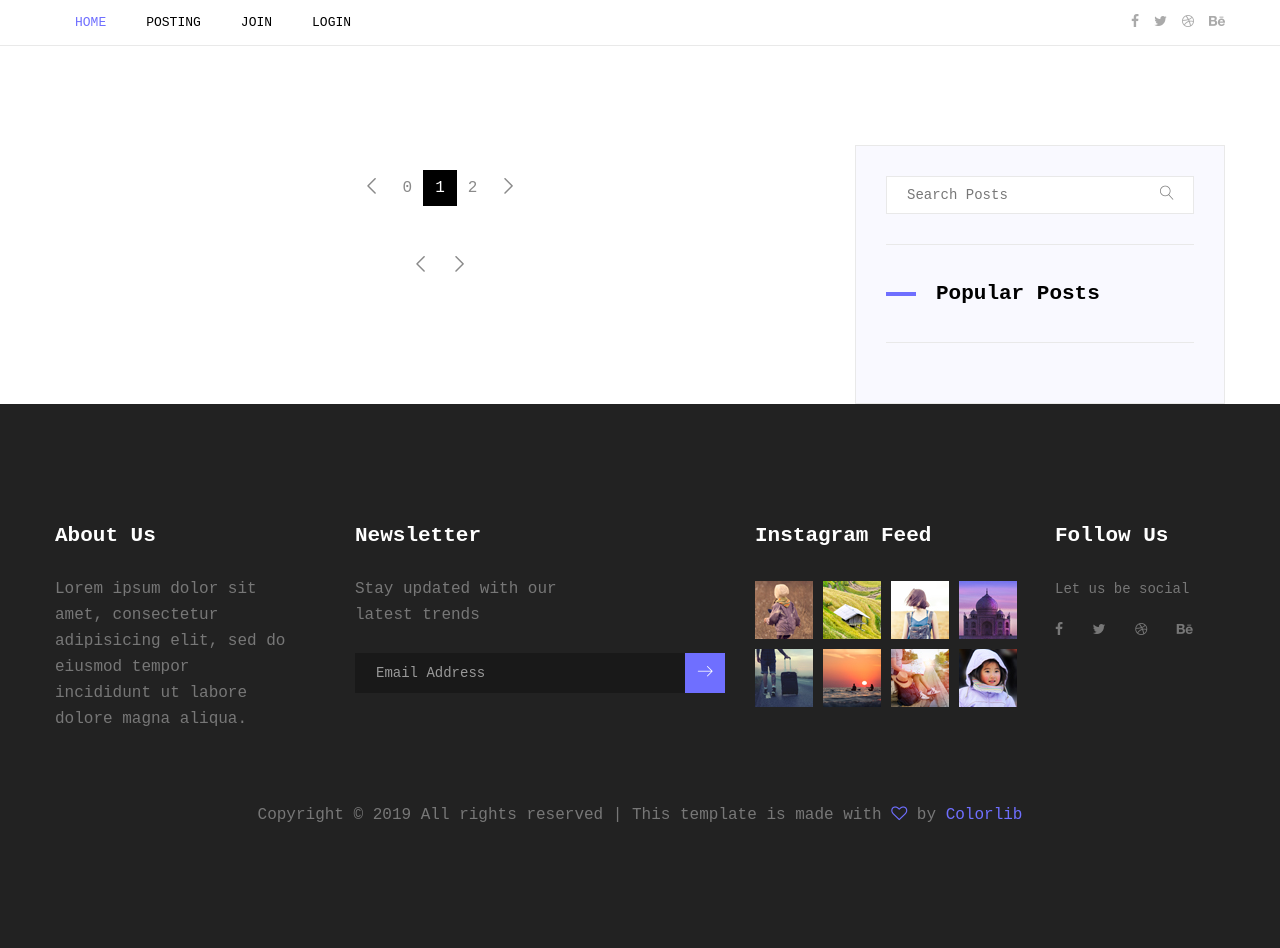
Repository: heonyKim/JSP
Page: http://localhost/blog/board?cmd=list&page=1
An editor plug-in stored every save of this project. The page is shown before and after the next save, followed by the edit.
The browser window is 1280 px wide. The pictures show the whole page.
Some web fonts or font styles are not loaded; a fallback is used. The page is served by Tomcat 9. Other server files are loaded and not shown. Queries for data that is not in the repository find no rows.

Above is the page before, as saved 2019-11-01 00:25:28.

### blog_project/blog/WebContent/board/list.jsp
<%@ page language="java" contentType="text/html; charset=UTF-8" pageEncoding="UTF-8"%>
<%@ taglib prefix="c" uri="http://java.sun.com/jsp/jstl/core"%>


<!-- import nav.jsp -->
<%@ include file="/include/nav.jsp"%>

<!--================Blog Area =================-->
<section class="blog_area">
	<div class="container">
		<div class="row">
			<div class="col-lg-8">
				<div class="blog_left_sidebar">


					<!-- 페이징 하기 -->
					<nav class="blog-pagination justify-content-center d-flex">
						<ul class="pagination">
							<li class="page-item"><a href="/blog/board?cmd=list&page=${param.page-1}" class="page-link" aria-label="Previous"> <span aria-hidden="true"> <span class="lnr lnr-chevron-left"></span>
								</span>
							</a></li>
						<li class="page-item"><a href="#" class="page-link">${param.page-1}</a></li>
						<li class="page-item active"><a href="#" class="page-link">${param.page}</a></li>
						<li class="page-item"><a href="#" class="page-link">${param.page+1}</a></li>



							<li class="page-item"><a href="/blog/board?cmd=list&page=${param.page+1}" class="page-link" aria-label="Next"> <span aria-hidden="true"> <span class="lnr lnr-chevron-right"></span>
								</span>
							</a></li>
						</ul>
					</nav>
					<!-- 페이징 끝 -->

					<c:forEach var="board" items="${boards}">
						<!--시작-->
						<article class="blog_style1">
							<div class="blog_img">
								<img class="img-fluid" style="width: 100%; max-height: 340px;" src="${board.previewImg}" alt="">
							</div>
							<div class="blog_text">
								<div class="blog_text_inner">
									<div class="cat">
										<a class="cat_btn" href="#">${board.username }</a> <a href="#"><i class="fa fa-calendar" aria-hidden="true"></i> ${board.createDate }</a> <a href="#"><i class="fa fa-comments-o"
											aria-hidden="true"></i> ${board.readCount }</a>
									</div>
									<a href="#"><h4>${board.title}</h4></a>
									<div class="board_list_content">${board.content }</div>
									<a class="blog_btn" href="/blog/board?cmd=detail&id=${board.id}">Read More</a>
								</div>
							</div>
						</article>
						<!--끄읕 -->
					</c:forEach>


					<!-- 페이징 하기 -->
					<nav class="blog-pagination justify-content-center d-flex">
						<ul class="pagination">
							<li class="page-item"><a href="/blog/board?cmd=list&page=${param.page-1}" class="page-link" aria-label="Previous"> <span aria-hidden="true"> <span class="lnr lnr-chevron-left"></span>
								</span>
							</a></li>

							<li class="page-item"><a href="/blog/board?cmd=list&page=${param.page+1}" class="page-link" aria-label="Next"> <span aria-hidden="true"> <span class="lnr lnr-chevron-right"></span>
								</span>
							</a></li>
						</ul>
					</nav>
					<!-- 페이징 끝 -->

				</div>
			</div>
			<div class="col-lg-4">
				<div class="blog_right_sidebar">
					<aside class="single_sidebar_widget search_widget">
						<div class="input-group">
							<input type="text" class="form-control" placeholder="Search Posts"> <span class="input-group-btn">
								<button class="btn btn-default" type="button">
									<i class="lnr lnr-magnifier"></i>
								</button>
							</span>
						</div>
						<!-- /input-group -->
						<div class="br"></div>
					</aside>

					<aside class="single_sidebar_widget popular_post_widget">
						<h3 class="widget_title">Popular Posts</h3>


						<!-- 인기게시물 TOP3 -->
						<c:forEach var="board" items="${hotBoards}">

							<div class="media post_item">
								<img src="${board.previewImg}" width="100px" height="60px" alt="post">
								<div class="media-body">
									<a href="/blog/board?cmd=detail&id=${board.id}"><h3>${board.title }</h3></a>
									<p>${board.createDate}</p>
								</div>
							</div>

						</c:forEach>
						<!-- 인기게시물 TOP3 -->


						<div class="br"></div>
					</aside>
				</div>
			</div>
		</div>
	</div>
</section>


<!--================Blog Area =================-->

<!-- import footer.jsp -->
<%@ include file="/include/footer.jsp"%>

### blog_project/blog/WebContent/include/nav.jsp
<%@ page language="java" contentType="text/html; charset=UTF-8" pageEncoding="UTF-8"%>
<%@ taglib prefix="c" uri="http://java.sun.com/jsp/jstl/core"%>
<!doctype html>
<html lang="en">
<head>
<!-- Required meta tags -->
<meta charset="utf-8">
<meta name="viewport" content="width=device-width, initial-scale=1, shrink-to-fit=no">
<link rel="icon" href="/blog/img/favicon.png" type="image/png">
<title>Blog</title>
<!-- Bootstrap CSS -->
<link rel="stylesheet" href="/blog/css/bootstrap.css">
<link rel="stylesheet" href="/blog/vendors/linericon/style.css">
<link rel="stylesheet" href="/blog/css/font-awesome.min.css">
<link rel="stylesheet" href="/blog/vendors/owl-carousel/owl.carousel.min.css">
<link rel="stylesheet" href="/blog/vendors/lightbox/simpleLightbox.css">
<link rel="stylesheet" href="/blog/vendors/nice-select/css/nice-select.css">
<link rel="stylesheet" href="/blog/vendors/animate-css/animate.css">
<link rel="stylesheet" href="/blog/vendors/jquery-ui/jquery-ui.css">
<!-- main css -->
<link rel="stylesheet" href="/blog/css/style.css">
<link rel="stylesheet" href="/blog/css/responsive.css">
<style>
.board_list_content {
	display:block;
	display: -webkit-box;
	-webkit-box-orient: vertical;
	text-align: left;
	overflow: hidden;
	text-overflow: ellipsis;
	white-space: normal;
	line-height: 1.4;
	height : 2.6em;
	-webkit-line-clamp: 2;
	margin-bottom: 20px;
	word-break: break-all;
}
</style>
</head>
<body>

	<!--================Header Menu Area =================-->
	<header class="header_area">
		<div class="main_menu">
			<nav class="navbar navbar-expand-lg navbar-light">
				<div class="container box_1620">
					<!-- Brand and toggle get grouped for better mobile display -->
					<a class="navbar-brand logo_h" href="/blog/index.jsp"><img src="/blog/img/logo.png" alt=""></a>
					<button class="navbar-toggler" type="button" data-toggle="collapse" data-target="#navbarSupportedContent" aria-controls="navbarSupportedContent" aria-expanded="false"
						aria-label="Toggle navigation">
						<span class="icon-bar"></span> <span class="icon-bar"></span> <span class="icon-bar"></span>
					</button>
					<!-- Collect the nav links, forms, and other content for toggling -->
					<div class="collapse navbar-collapse offset" id="navbarSupportedContent">
						<ul class="nav navbar-nav menu_nav">
							<li class="nav-item active"><a class="nav-link" href="/blog/index.jsp">Home</a></li>
							<li class="nav-item"><a class="nav-link" href="/blog/board/write.jsp">Posting</a></li>




							<c:choose>
								<c:when test="${empty sessionScope.user}">
									<li class="nav-item"><a class="nav-link" href="/blog/user/join.jsp">Join</a></li>
									<li class="nav-item"><a class="nav-link" href="/blog/user/login.jsp">LOGIN</a></li>

								</c:when>
								<c:otherwise>
									<li class="nav-item"><a class="nav-link" href="/blog/user/update.jsp">PROFILE</a></li>
									<li class="nav-item"><a class="nav-link" href="/blog/user?cmd=logout">LOGOUT</a></li>
								</c:otherwise>
							</c:choose>



						</ul>
						<ul class="nav navbar-nav navbar-right header_social ml-auto">
							<li class="nav-item"><a href="#"><i class="fa fa-facebook"></i></a></li>
							<li class="nav-item"><a href="#"><i class="fa fa-twitter"></i></a></li>
							<li class="nav-item"><a href="#"><i class="fa fa-dribbble"></i></a></li>
							<li class="nav-item"><a href="#"><i class="fa fa-behance"></i></a></li>
						</ul>
					</div>
				</div>
			</nav>
		</div>

	</header>
	<!--================Header Menu Area =================-->

### blog_project/blog/WebContent/include/footer.jsp
<%@ page language="java" contentType="text/html; charset=UTF-8" pageEncoding="UTF-8"%>
<!DOCTYPE html>
<html>
<head>
<meta charset="UTF-8">
<title>Insert title here</title>
</head>
<body>
	<!--================ start footer Area  =================-->
	<footer class="footer-area p_120">
		<div class="container">
			<div class="row">
				<div class="col-lg-3  col-md-6 col-sm-6">
					<div class="single-footer-widget">
						<h6 class="footer_title">About Us</h6>
						<p>Lorem ipsum dolor sit amet, consectetur adipisicing elit, sed do eiusmod tempor incididunt ut labore dolore magna aliqua.</p>
					</div>
				</div>
				<div class="col-lg-4 col-md-6 col-sm-6">
					<div class="single-footer-widget">
						<h6 class="footer_title">Newsletter</h6>
						<p>Stay updated with our latest trends</p>
						<div id="mc_embed_signup">
							<form target="_blank" action="https://spondonit.us12.list-manage.com/subscribe/post?u=1462626880ade1ac87bd9c93a&amp;id=92a4423d01" method="get" class="subscribe_form relative">
								<div class="input-group d-flex flex-row">
									<input name="EMAIL" placeholder="Email Address" onfocus="this.placeholder = ''" onblur="this.placeholder = 'Email Address '" required="" type="email">
									<button class="btn sub-btn">
										<span class="lnr lnr-arrow-right"></span>
									</button>
								</div>
								<div class="mt-10 info"></div>
							</form>
						</div>
					</div>
				</div>
				<div class="col-lg-3 col-md-6 col-sm-6">
					<div class="single-footer-widget instafeed">
						<h6 class="footer_title">Instagram Feed</h6>
						<ul class="list instafeed d-flex flex-wrap">
							<li><img src="/blog/img/instagram/Image-01.jpg" alt=""></li>
							<li><img src="/blog/img/instagram/Image-02.jpg" alt=""></li>
							<li><img src="/blog/img/instagram/Image-03.jpg" alt=""></li>
							<li><img src="/blog/img/instagram/Image-04.jpg" alt=""></li>
							<li><img src="/blog/img/instagram/Image-05.jpg" alt=""></li>
							<li><img src="/blog/img/instagram/Image-06.jpg" alt=""></li>
							<li><img src="/blog/img/instagram/Image-07.jpg" alt=""></li>
							<li><img src="/blog/img/instagram/Image-08.jpg" alt=""></li>
						</ul>
					</div>
				</div>
				<div class="col-lg-2 col-md-6 col-sm-6">
					<div class="single-footer-widget f_social_wd">
						<h6 class="footer_title">Follow Us</h6>
						<p>Let us be social</p>
						<div class="f_social">
							<a href="#"><i class="fa fa-facebook"></i></a> <a href="#"><i class="fa fa-twitter"></i></a> <a href="#"><i class="fa fa-dribbble"></i></a> <a href="#"><i class="fa fa-behance"></i></a>
						</div>
					</div>
				</div>
			</div>
			<div class="row footer-bottom d-flex justify-content-between align-items-center">
				<p class="col-lg-12 footer-text text-center">
					<!-- Link back to Colorlib can't be removed. Template is licensed under CC BY 3.0. -->
					Copyright &copy;
					<script>
						document.write(new Date().getFullYear());
					</script>
					All rights reserved | This template is made with <i class="fa fa-heart-o" aria-hidden="true"></i> by <a href="https://colorlib.com" target="_blank">Colorlib</a>
					<!-- Link back to Colorlib can't be removed. Template is licensed under CC BY 3.0. -->
				</p>
			</div>
		</div>
	</footer>
	<!--================ End footer Area  =================-->




	<!-- Optional JavaScript -->
	<!-- jQuery first, then Popper.js, then Bootstrap JS -->
	<script src="/blog/js/jquery-3.2.1.min.js"></script>
	<script src="/blog/js/popper.js"></script>
	<script src="/blog/js/bootstrap.min.js"></script>
	<script src="/blog/js/stellar.js"></script>
	<script src="/blog/vendors/lightbox/simpleLightbox.min.js"></script>
	<script src="/blog/vendors/nice-select/js/jquery.nice-select.min.js"></script>
	<script src="/blog/vendors/isotope/imagesloaded.pkgd.min.js"></script>
	<script src="/blog/vendors/isotope/isotope-min.js"></script>
	<script src="/blog/vendors/owl-carousel/owl.carousel.min.js"></script>
	<script src="/blog/vendors/jquery-ui/jquery-ui.js"></script>
	<script src="/blog/js/jquery.ajaxchimp.min.js"></script>
	<script src="/blog/js/mail-script.js"></script>
	<script src="/blog/js/theme.js"></script>
	<script src=""></script>
	<script src=""></script>
</body>
</html>

### blog_project/blog/src/com/cos/controller/BoardController.java
package com.cos.controller;

import java.io.IOException;

import javax.servlet.ServletException;
import javax.servlet.annotation.WebServlet;
import javax.servlet.http.HttpServlet;
import javax.servlet.http.HttpServletRequest;
import javax.servlet.http.HttpServletResponse;

import com.cos.action.Action;
import com.cos.action.board.BoardFactory;
import com.cos.action.user.UserFactory;

/*
 *  http://localhost:8000/blog/board?cmd=list
 */

@WebServlet("/board")
public class BoardController extends HttpServlet {
	private static final long serialVersionUID = 1L;

    public BoardController() { super();}

	protected void doGet(HttpServletRequest request, HttpServletResponse response) throws ServletException, IOException {
		//1. 들어오는 모든 문자를 UTF-8로 인코딩
		request.setCharacterEncoding("UTF-8");
		//2. command 처리
		String cmd = request.getParameter("cmd");
		//3. command 검증
		if(cmd == null || cmd.equals("")) {
			cmd = "list";
		}
		//4. Factory 연결
		Action action = BoardFactory.getAction(cmd);
		//5. execute 실행
		if(action != null) {
			action.execute(request, response);
		}
	}


	protected void doPost(HttpServletRequest request, HttpServletResponse response) throws ServletException, IOException {
		doGet(request, response);
	}
}

### blog_project/blog/src/com/cos/action/board/BoardFactory.java
package com.cos.action.board;

import com.cos.action.Action;
import com.cos.action.BoardWriteAction;

public class BoardFactory {
	public static Action getAction(String cmd) {

		if(cmd.equals("write")){
			return new BoardWriteAction();
		}else if(cmd.equals("list")){
			return new BoardListAction();
		}else if(cmd.equals("detail")) {
			return new BoardDetailAction();
		}else if(cmd.equals("delete")) {
			return new BoardDeleteAction();
		}else if(cmd.equals("updateForm")) {
			return new BoardUpdateFormAction();
		}else if(cmd.equals("updateBoard")) {
			return new BoardUpdateBoard();
		}

		return null;
	}
}

### blog_project/blog/src/com/cos/action/Action.java
package com.cos.action;

import java.io.IOException;
import javax.servlet.ServletException;
import javax.servlet.http.HttpServletRequest;
import javax.servlet.http.HttpServletResponse;

public interface Action {
	public void execute(HttpServletRequest request, HttpServletResponse response) throws ServletException, IOException;
}

### blog_project/blog/src/com/cos/action/board/BoardListAction.java
package com.cos.action.board;

import java.io.IOException;
import java.util.ArrayList;
import java.util.List;

import javax.servlet.RequestDispatcher;
import javax.servlet.ServletException;
import javax.servlet.http.HttpServletRequest;
import javax.servlet.http.HttpServletResponse;

import com.cos.action.Action;
import com.cos.dao.BoardDao;
import com.cos.model.Board;
import com.cos.util.Utils;

public class BoardListAction implements Action{

	private final static String TAG="BoardListAction : ";

	@Override
	public void execute(HttpServletRequest request, HttpServletResponse response) throws ServletException, IOException {

		if(request.getParameter("page")==null) return;

		int page = Integer.parseInt(request.getParameter("page"));


		//page<=0 혹은 page>maxNum 버튼 비활성화

		if(page <=0) {
			page = 1;
		}

		BoardDao bDao = new BoardDao();
		List<Board> boards = bDao.findAll(page);
		List<Board> hotBoards = bDao.findOrderByReadCountDesc();

		Utils.setPreviewImg(boards);		//이미지를 previewImg에 저장
		Utils.setPreviewContent(boards);	//이미지 태그 제거
		Utils.setPreviewImg(hotBoards);		//이미지를 prviewImg에 저장(추가)

		request.setAttribute("boards", boards);
		request.setAttribute("hotBoards", hotBoards);

		RequestDispatcher dis =request.getRequestDispatcher("/board/list.jsp");
		dis.forward(request, response);
	}

}

### blog_project/blog/src/com/cos/dao/DBConn.java
package com.cos.dao;

import java.sql.Connection;

import javax.naming.Context;
import javax.naming.InitialContext;
import javax.sql.DataSource;

public class DBConn {
	public static Connection getConnection() {


		try {
			Context initContext = new InitialContext();
			Context envContext  = (Context)initContext.lookup("java:/comp/env");
			DataSource ds = (DataSource)envContext.lookup("jdbc/TestDB");
			Connection conn = ds.getConnection();
			System.out.println("DB 연결성공");
			return conn;
		} catch (Exception e) {
			System.out.println("DB 연결실패");
			e.printStackTrace();
		}
		return null;

	}
}

### blog_project/blog/src/com/cos/util/DBClose.java
package com.cos.util;

import java.sql.Connection;
import java.sql.PreparedStatement;
import java.sql.ResultSet;
import java.sql.SQLException;

public class DBClose {

	/*
	 * DML(INSERT,UPDATE,DELETE) CLOSE
	 */
	public static void close(Connection conn, PreparedStatement pstmt) {
		try {
			conn.close();
			pstmt.close();
		} catch (SQLException e) {
			e.printStackTrace();
		}
	}



	/*
	 * DQL(SELECT) CLOSE
	 */
	public static void close(Connection conn, PreparedStatement pstmt, ResultSet rs) {
		try {
			conn.close();
			pstmt.close();
			rs.close();
		} catch (SQLException e) {
			e.printStackTrace();
		}
	}



}

### blog_project/blog/src/com/cos/util/Utils.java
package com.cos.util;

import java.util.List;

import org.jsoup.Jsoup;
import org.jsoup.nodes.Document;
import org.jsoup.nodes.Element;
import org.jsoup.select.Elements;
import org.junit.jupiter.api.Test;

import com.cos.model.Board;

public class Utils {

	// 미리보기 내용을 세팅하기
	public static void setPreviewContent(List<Board> boards) {

		for (Board board : boards) {

			Document doc = Jsoup.parse(board.getContent()); // 원하는 String을 HTML 형식으로 문서화
			Elements ets = doc.select("img");

			if (ets != null) {
				for (Element et : ets) {
					et.remove();
				}
			}
			board.setContent(doc.toString());
		}

	}

	// 미리보기 이미지 세팅하기

	public static void setPreviewImg(List<Board> boards) {

		for (Board board : boards) {

			Document doc = Jsoup.parse(board.getContent());

			Element uet = doc.selectFirst("a");
			Element et = doc.selectFirst("img");

			if (et != null) {

				String previewImg = et.attr("src"); // https://~

				board.setPreviewImg(previewImg);

			} else if (uet != null) {
				String href = uet.attr("href");
				if (href.contains("https://www.youtube.com/watch")) {
					String video[] = href.split("=");
					String v = video[1];
					String youtubeThumbnail = "https://img.youtube.com/vi/" + v + "/hqdefault.jpg";
					board.setPreviewImg(youtubeThumbnail);
				}

			} else {
				board.setPreviewImg("/blog/img/home-blog/blog-1.jpg");
			}
		}

	}

	// 유튜브 미리보기화면 세팅하기
	public static void setPreviewYoutube(Board board) {

		Document doc = Jsoup.parse(board.getContent());
//		System.out.println(doc);
		Elements ets = doc.select("a");

		if (ets != null) {
			for (Element et : ets) {
				String href = et.attr("href");
//				System.out.println("href : " + href);
				if (href.contains("https://www.youtube.com/watch") && !et.text().equals("")) {
					String video[] = href.split("=");
					String v = video[1];
//					System.out.println(v);

					String iframe = "<br><iframe src = 'https://www.youtube.com/embed/" + v + "' "
							+ "width='600px' height='350px' allowfullscreen>";
//					System.out.println(iframe);

					et.after(iframe);
//					System.out.println(et.after(doc));

				}
				board.setContent(doc.toString());// board 완성
			}
		} // end of if

	}// end of function

	@Test
	public void previewYoutubeTest() {

		String content = "<a href = 'https://www.youtube.com/watch?v=ysAnT3QBLZE'>https://www.youtube.com/watch?v=ysAnT3QBLZE</a>";
		Document doc = Jsoup.parse(content);
//		System.out.println(doc);
		Elements ets = doc.select("a");

		if (ets != null) {
			for (Element et : ets) {
				String href = et.attr("href");

				System.out.println(et.text());

//				System.out.println("href : " + href);
				if (href.contains("https://" + "www.youtube.com/watch")) {
					String video[] = href.split("=");
					String v = video[1];
//					System.out.println(v);
					String iframe = "<br><iframe src = 'https://www.youtube.com/embed/" + v + "' "
							+ "width='600px' height='350px' allowfullscreen>";
//					System.out.println(iframe);
					et.after(iframe);
					System.out.println("");
					System.out.println(doc.toString());
				}

			}
		} // end of if

	}// end of function

}

Loaded but not shown: blog_project/blog/WebContent/css/bootstrap.css (library); blog_project/blog/WebContent/vendors/linericon/style.css (library); blog_project/blog/WebContent/css/font-awesome.min.css (library); blog_project/blog/WebContent/vendors/owl-carousel/owl.carousel.min.css (common file); blog_project/blog/WebContent/vendors/lightbox/simpleLightbox.css (library); blog_project/blog/WebContent/vendors/nice-select/css/nice-select.css (library); blog_project/blog/WebContent/vendors/animate-css/animate.css (library); blog_project/blog/WebContent/vendors/jquery-ui/jquery-ui.css (library); blog_project/blog/WebContent/js/jquery-3.2.1.min.js (library); blog_project/blog/WebContent/js/popper.js (library); blog_project/blog/WebContent/js/bootstrap.min.js (library); blog_project/blog/WebContent/js/stellar.js (library); blog_project/blog/WebContent/vendors/lightbox/simpleLightbox.min.js (library); blog_project/blog/WebContent/vendors/nice-select/js/jquery.nice-select.min.js (common file); blog_project/blog/WebContent/vendors/isotope/imagesloaded.pkgd.min.js (library); blog_project/blog/WebContent/vendors/isotope/isotope-min.js (library); blog_project/blog/WebContent/vendors/owl-carousel/owl.carousel.min.js (library); blog_project/blog/WebContent/vendors/jquery-ui/jquery-ui.js (library); blog_project/blog/WebContent/js/jquery.ajaxchimp.min.js (library); blog_project/blog/WebContent/js/theme.js (283 lines, source omitted); blog_project/blog/WebContent/js/mail-script.js (31 lines, source omitted); blog_project/blog/WebContent/css/style.css (3905 lines, source omitted); blog_project/blog/WebContent/css/responsive.css (373 lines, source omitted); blog_project/blog/src/com/cos/dao/BoardDao.java (222 lines, source omitted)

After the next save:
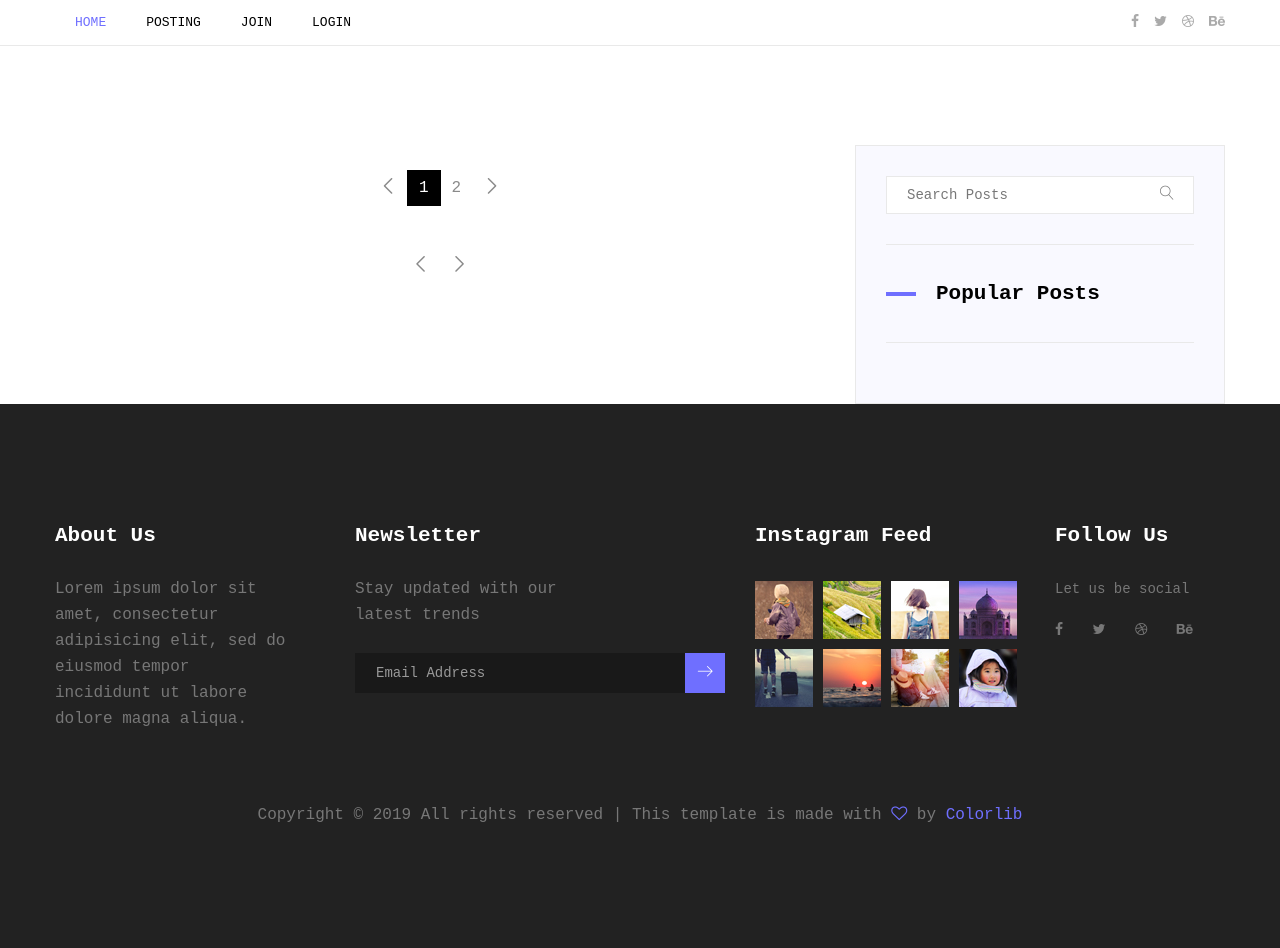
Saved 3 min 2 s later.
--- a/blog_project/blog/WebContent/board/list.jsp
+++ b/blog_project/blog/WebContent/board/list.jsp
@@ -19,7 +19,11 @@
 							<li class="page-item"><a href="/blog/board?cmd=list&page=${param.page-1}" class="page-link" aria-label="Previous"> <span aria-hidden="true"> <span class="lnr lnr-chevron-left"></span>
 								</span>
 							</a></li>
-						<li class="page-item"><a href="#" class="page-link">${param.page-1}</a></li>
+
+							<c:if test="${param.page-1} >0">
+							<li class="page-item"><a href="#" class="page-link">${param.page-1}</a></li>
+							</c:if>
+
 						<li class="page-item active"><a href="#" class="page-link">${param.page}</a></li>
 						<li class="page-item"><a href="#" class="page-link">${param.page+1}</a></li>
 
